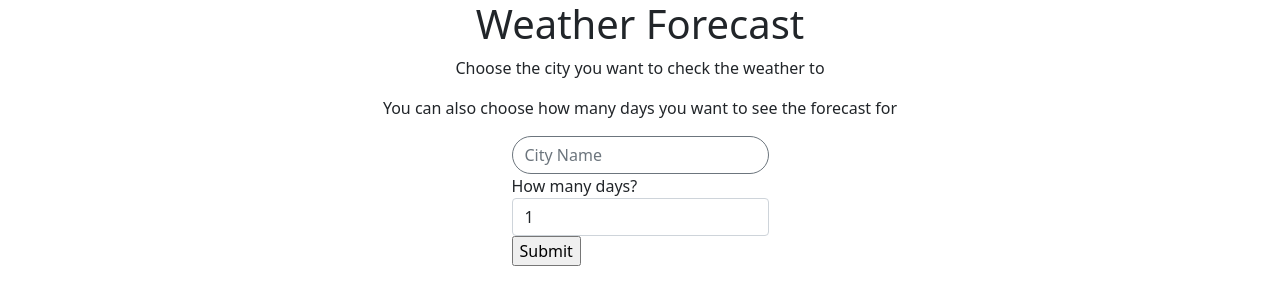
Repository: DimitrisDoxopoulos/my-own-weather-app
Page: /
These files come from the project's save history. The page is drawn as it stood at one moment and after the next save; the edit follows.
The browser window is 1280 px wide. The pictures show the whole page.
The project was rebuilt for these pictures with package versions that can differ from the ones it lists, and the page was loaded fresh each time.

Above is the page before, as saved 2021-06-03 18:33:24.

### src/App.js
import './App.css';

/*--------------- Importing Components ------------------- */
import Wrapper from './components/Wrapper'
import Header from './components/Header'
import Tagline from './components/Tagline'
import Form from './components/Form'
/*--------------- Importing Components ------------------- */

function App() {
  return (
    <div className="App">
      <Wrapper>
        <Header />
        <Tagline />
        <Form />
      </Wrapper>
    </div>
  );
}

export default App;

### src/App.css
.App {
  /* text-align: center; */
}

.App-logo {
  height: 40vmin;
  pointer-events: none;
}

.App-header {
  background-color: #282c34;
  min-height: 100vh;
  display: flex;
  flex-direction: column;
  align-items: center;
  justify-content: center;
  font-size: calc(10px + 2vmin);
  color: white;
}

.App-link {
  color: #61dafb;
}

### src/components/Wrapper.js
import React from 'react';

const Wrapper = (props) => {
    return(
    <div className='d-flex flex-column justify-content-center align-items-center'>
        { props.children }
    </div>
    )
}

export default Wrapper;

### src/components/Header.js
import React from 'react'

const Header = () => {
    return (
        <div className="">
            <h1 className="">Weather Forecast</h1>
        </div>
    )
}

export default Header

### src/components/Tagline.js
import React from 'react'

const Tagline = () => {
    return (
        <div className="text-center">
            <p>Choose the city you want to check the weather to</p>
            <p>You can also choose how many days you want to see the forecast for</p>
        </div>
    )
}

export default Tagline

### src/components/Form.js
import React from 'react'

const Form = () => {
    return (
        <div>
            <form>
                <div class="form-group">
                    <input type="text" class="form-control border-secondary rounded-pill" id="exampleFormControlInput1" placeholder="City Name" />
                </div>
                <div class="form-group">
                   <label for="exampleFormControlSelect1">How many days?</label>
                    <select class="form-control" id="exampleFormControlSelect1">
                        <option>1</option>
                        <option>2</option>
                        <option>3</option>
                        <option>4</option>
                        <option>5</option>
                    </select>
                </div>
                <input type="submit" value="Submit" />
            </form>
        </div>
    )
}

export default Form

Loaded but not shown: public/index.html (common file); src/index.js (common file); src/index.css (common file); src/reportWebVitals.js (common file)

After the next save:
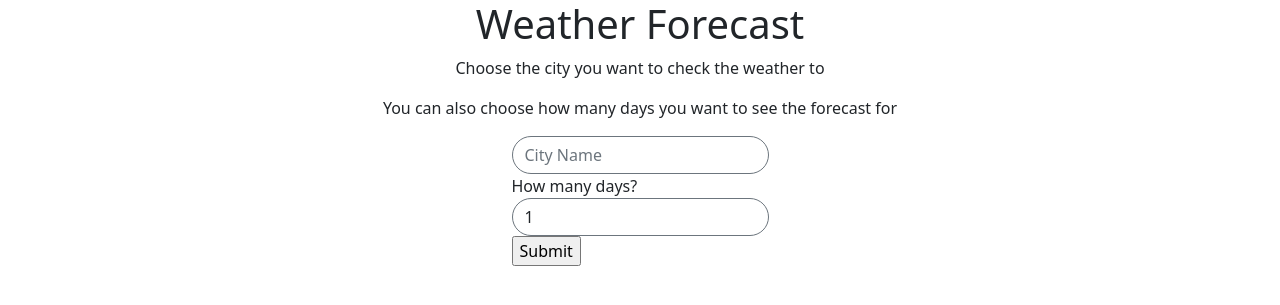
Saved 22 s later.
--- a/src/components/Form.js
+++ b/src/components/Form.js
@@ -9,7 +9,7 @@ const Form = () => {
                 </div>
                 <div class="form-group">
                    <label for="exampleFormControlSelect1">How many days?</label>
-                    <select class="form-control" id="exampleFormControlSelect1">
+                    <select class="form-control border-secondary rounded-pill" id="exampleFormControlSelect1">
                         <option>1</option>
                         <option>2</option>
                         <option>3</option>
